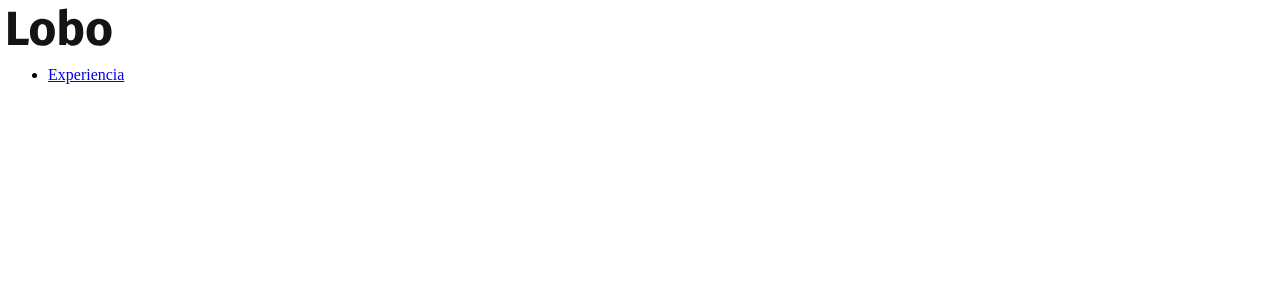
Repository: RflBueno/estudos
Page: Projeto Lobo/index.html
The author's editor kept a copy of each file at every save. The page is drawn from the files as they stood at one save, then again after the next save.
The browser window is 1280 px wide. The pictures show the whole page.

Above is the page before, as saved 2025-03-27 23:15:44.

After the next save:
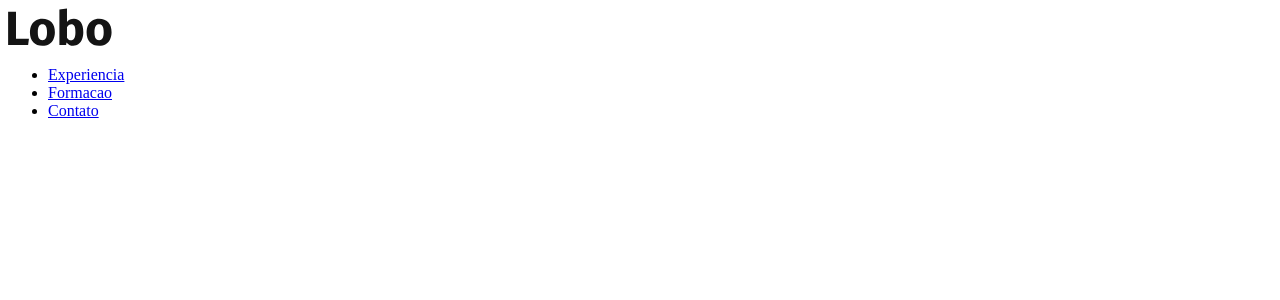
Saved 58 s later.
--- a/Projeto Lobo/index.html
+++ b/Projeto Lobo/index.html
@@ -12,6 +12,8 @@
         <nav>
             <ul>
                 <li><a href="#experiencia">Experiencia</a></li>
+                <li><a href="#formacao">Formacao</a></li>
+                <li><a href="#contato">Contato</a></li>
             </ul>
         </nav>
     </header>
